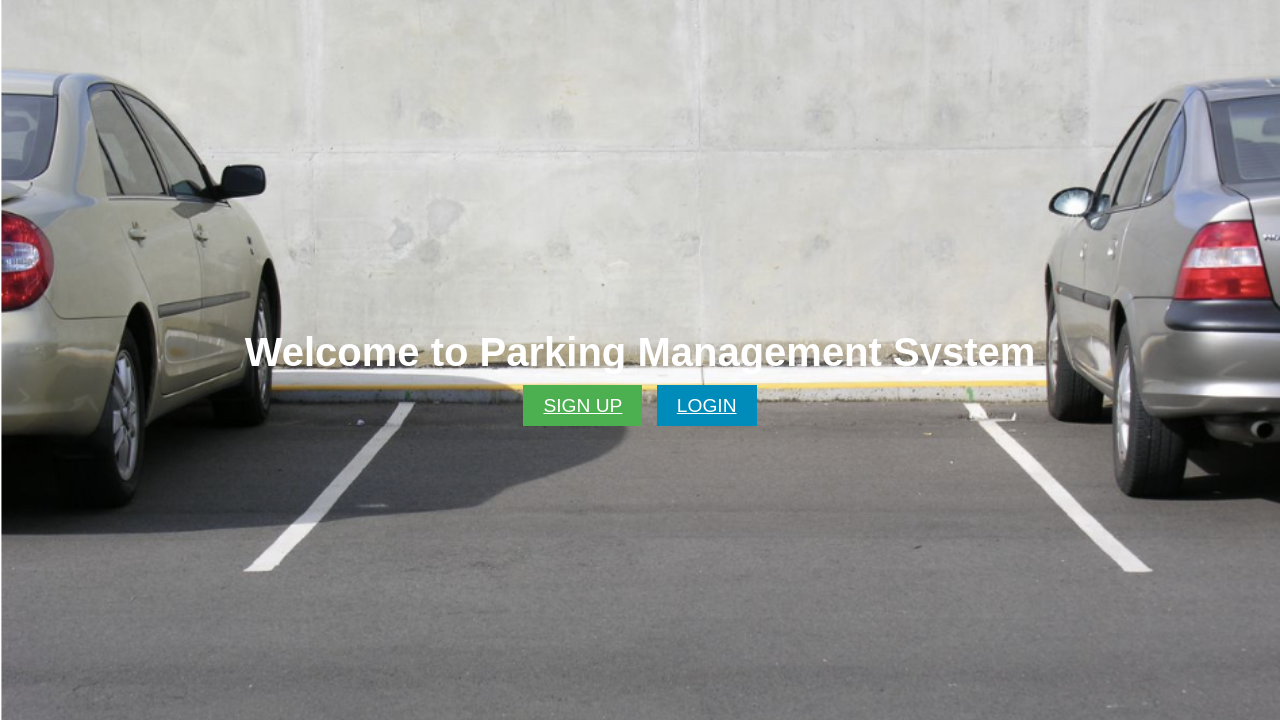
Repository: suryavishakan/parking_management
Page: http://localhost/
These files come from the project's save history. The page is drawn as it stood at one moment and after the next save; the edit follows.
The browser window is 1280 px wide. The pictures show the whole page.
The page is served by the project's application, run on Flask 3 (app.py). Queries for data that is not in the repository find no rows.

Above is the page before, as saved 2024-04-20 08:34:43.

After the next save:
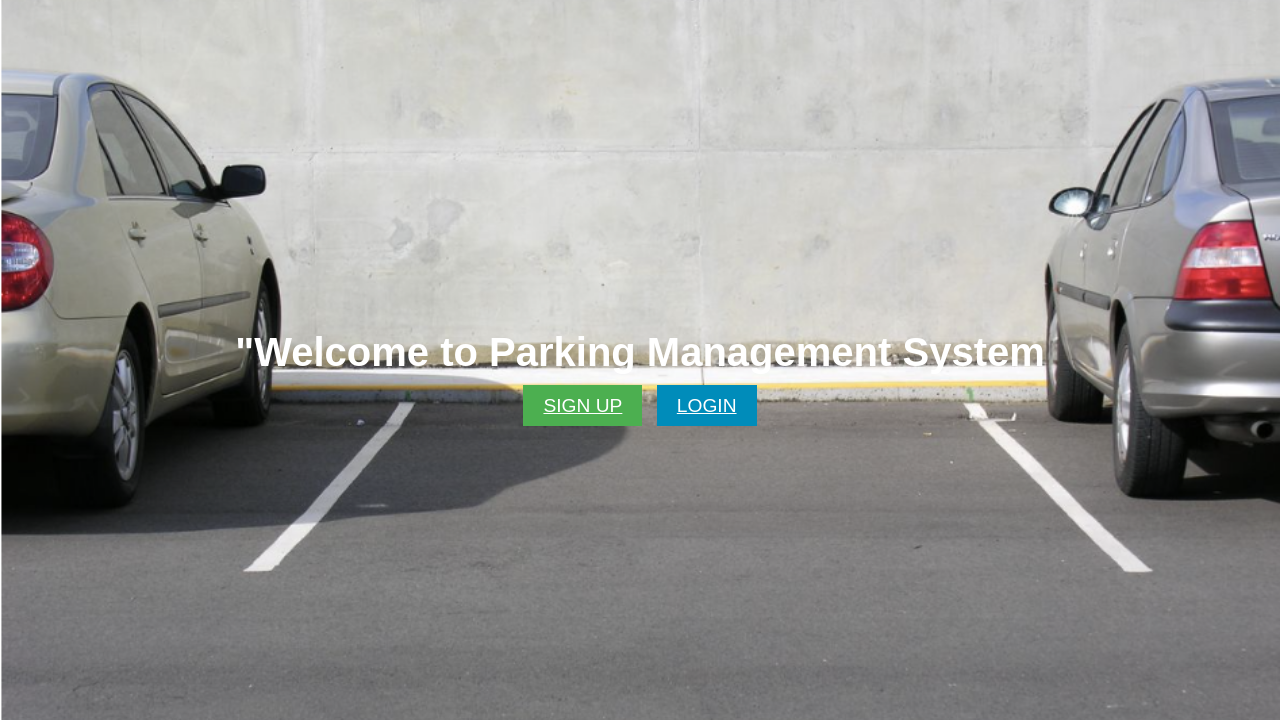
Saved 23 s later.
--- a/templates/homePage.html
+++ b/templates/homePage.html
@@ -51,7 +51,7 @@
     <div class="container">
 
         <div>
-            <h1>Welcome to Parking Management System</h1>
+            <h1>"Welcome to Parking Management System</h1>
             <a href="signup.html" class="btn btn-signup">Sign Up</a>
             <a href="login.html" class="btn btn-login">Login</a>
         </div>

After the save that followed:
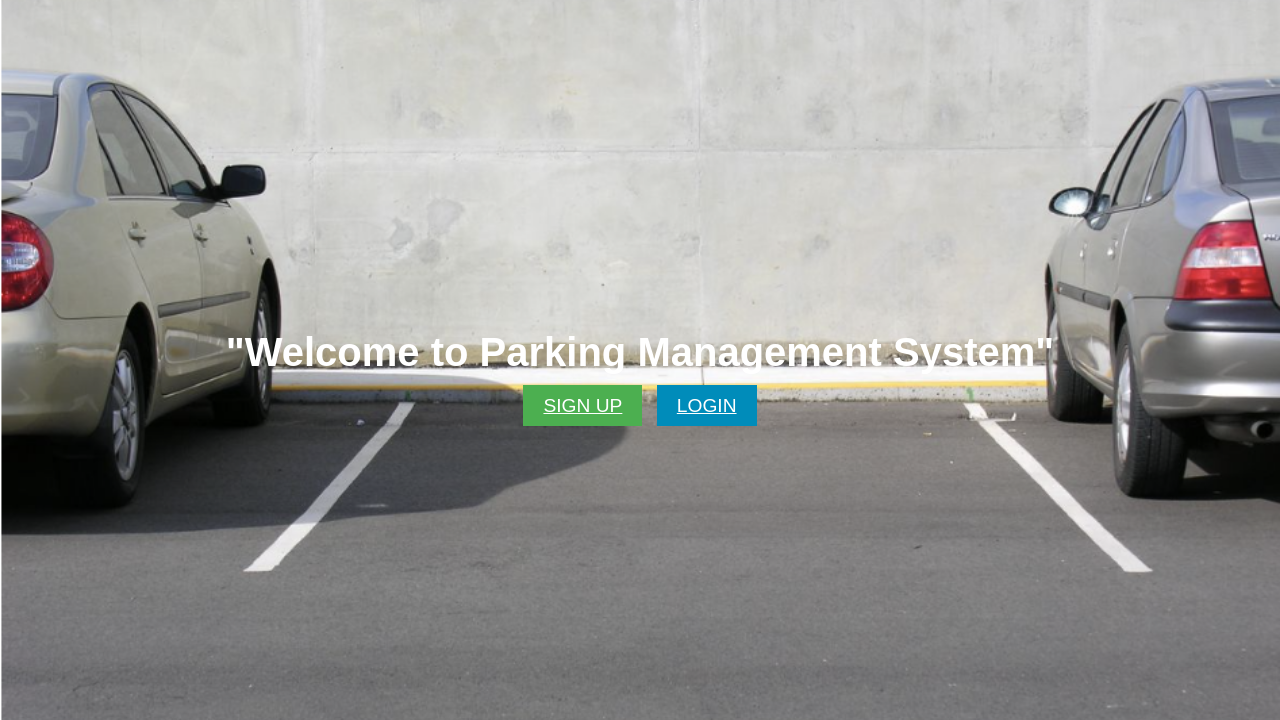
Saved 4 s later.
--- a/templates/homePage.html
+++ b/templates/homePage.html
@@ -51,7 +51,7 @@
     <div class="container">
 
         <div>
-            <h1>"Welcome to Parking Management System</h1>
+            <h1>"Welcome to Parking Management System"</h1>
             <a href="signup.html" class="btn btn-signup">Sign Up</a>
             <a href="login.html" class="btn btn-login">Login</a>
         </div>
